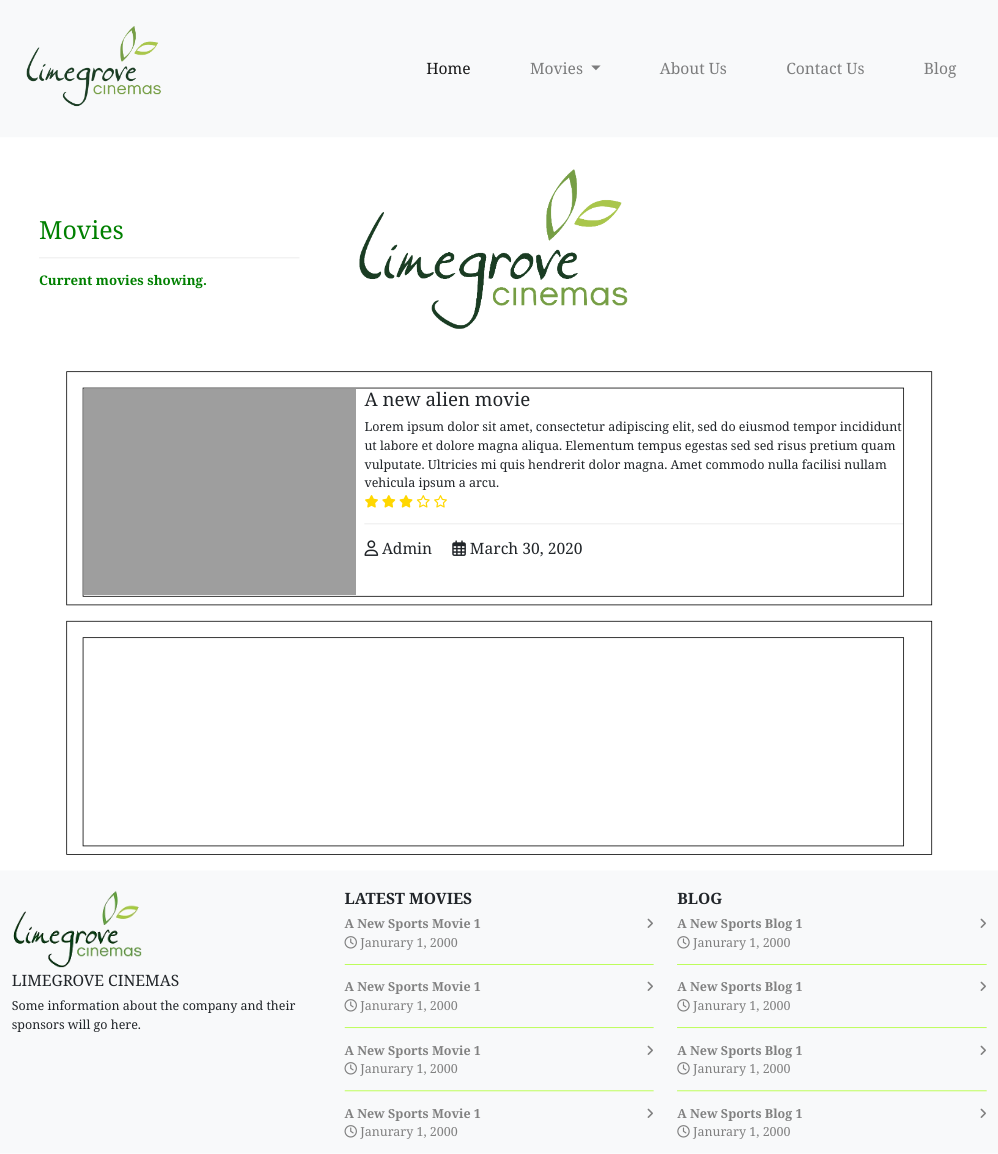
Repository: SimplyZacc/movie-web-template
Page: http://localhost/movie.php
An editor plug-in stored every save of this project. The page is shown before and after the next save, followed by the edit.
The browser window is 1280 px wide. The pictures show the whole page, at 78% of full size.
Pictures or frames that could not be fetched are drawn as grey boxes. Some web libraries are served in a nearby version. The page is run by PHP 8.4 with error messages shown; the project is at /var/www/html/.

Above is the page before, as saved 2020-04-04 14:37:49.

After the next save:
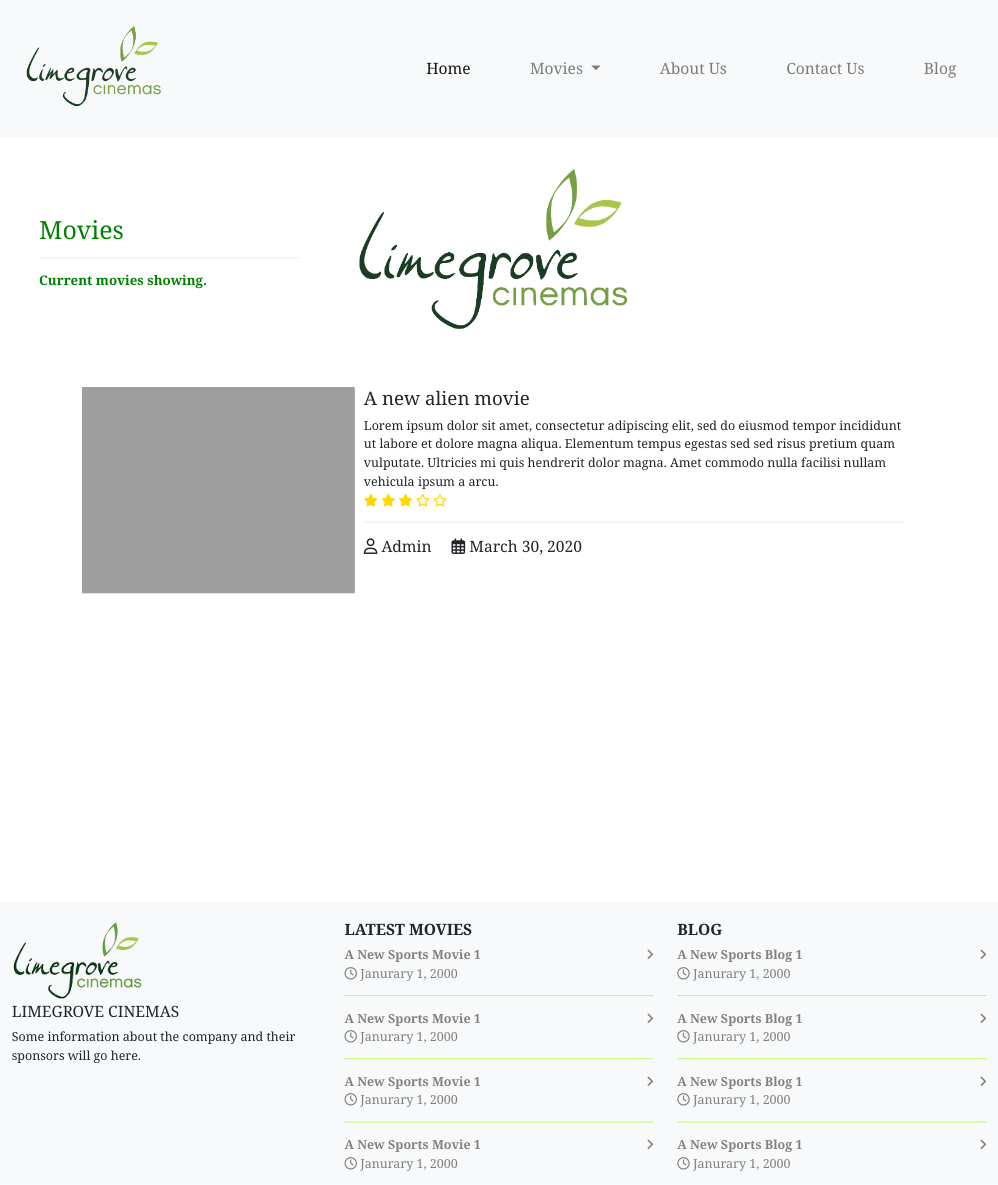
Saved 14 s later.
--- a/assets/css/styles.css
+++ b/assets/css/styles.css
@@ -264,14 +264,12 @@
     width: 100%;
     margin-bottom: 20px;
     height: 300px;
-    border: 1px solid black;
 }
 
 .movie-inside{
     width: 95%;
     height: 90%;
     margin: 20px;
-    border: 1px solid black;
 }
 
 .movie-info-bottom{
